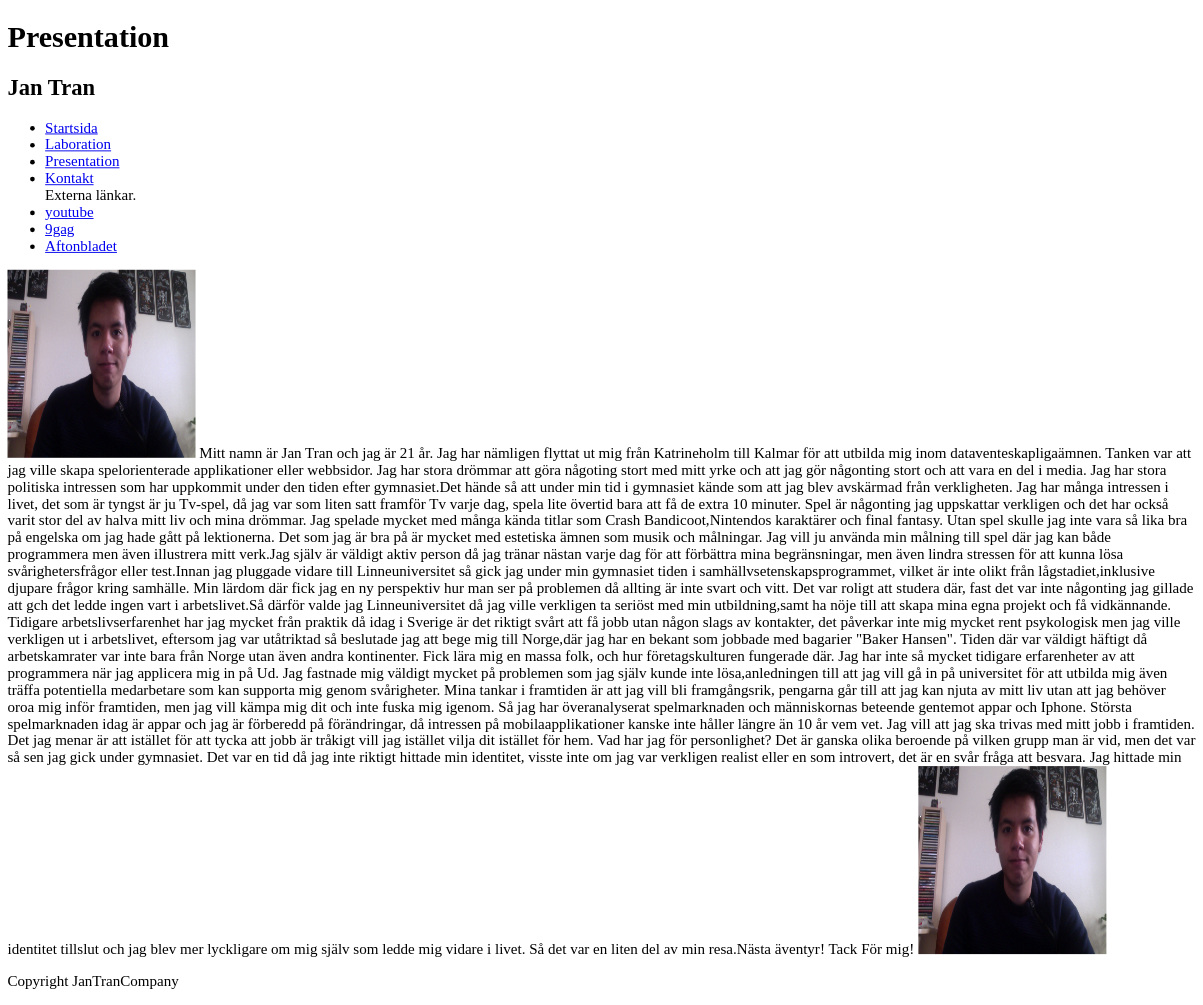
Repository: jt222ic/1ik415-jt222ic-lab-1
Page: pages/presentation.html
The author's editor kept a record of every edit. The page is drawn from the files as they stood at one moment, then again after the next edit.
The browser window is 1280 px wide. The pictures show the whole page, at 94% of full size.

Above is the page before.

### pages/presentation.html
<!DOCTYPE html>
<html lang="sv">

<head>
    <meta charset="utf-8" />
    <title>någonting</title>
    <link rel="stylesheet" href="Csss/style.css" />


</head>

<body>

    <div id="header">
        <h1>Presentation</h1>
        <h2> Jan Tran</h2>
    </div>

    <div id="nav">
        <ul>
            <li><a href="../index.html" class="active"> Startsida</a>
            </li>
            <li><a href="laboration.html" class="active"> Laboration</a>
            </li>
            <li><a href="presentation.html" class="active"> Presentation</a>
            </li>
            <li><a href="kontakt.html" class="active"> Kontakt</a>
            </li>
            Externa länkar.
            <li><a href="https://www.youtube.com">youtube </a>
            </li>
            <li><a href="https://www.9gag.com">9gag</a>
            </li>
            <li><a href="https://www.Aftonbladet.se">Aftonbladet</a>
            </li>
        </ul>
    </div>
    <div id="section">
        <p><img src="jpeg/JanT.jpg" width="200" height="200" alt="bildavJan" />
            Mitt namn är Jan Tran och jag är 21 år. Jag har nämligen flyttat ut mig från Katrineholm till Kalmar för att utbilda mig inom dataventeskapligaämnen. Tanken var att jag ville skapa spelorienterade applikationer eller webbsidor. Jag har stora drömmar att
            göra någoting stort med mitt yrke och att jag gör någonting stort och att vara en del i media. Jag har stora politiska intressen som har uppkommit under den tiden efter gymnasiet.Det hände så att under min tid i gymnasiet kände som att jag
            blev avskärmad från verkligheten. Jag har många intressen i livet, det som är tyngst är ju Tv-spel, då jag var som liten satt framför Tv varje dag, spela lite övertid bara att få de extra 10 minuter. Spel är någonting jag uppskattar verkligen
            och det har också varit stor del av halva mitt liv och mina drömmar. Jag spelade mycket med många kända titlar som Crash Bandicoot,Nintendos karaktärer och final fantasy. Utan spel skulle jag inte vara så lika bra på engelska om jag hade gått
            på lektionerna. Det som jag är bra på är mycket med estetiska ämnen som musik och målningar. Jag vill ju använda min målning till spel där jag kan både programmera men även illustrera mitt verk.Jag själv är väldigt aktiv person då jag tränar
            nästan varje dag för att förbättra mina begränsningar, men även lindra stressen för att kunna lösa svårighetersfrågor eller test.Innan jag pluggade vidare till Linneuniversitet så gick jag under min gymnasiet tiden i samhällvsetenskapsprogrammet,
            vilket är inte olikt från lågstadiet,inklusive djupare frågor kring samhälle. Min lärdom där fick jag en ny perspektiv hur man ser på problemen då allting är inte svart och vitt. Det var roligt att studera där, fast det var inte någonting
            jag gillade att gch det ledde ingen vart i arbetslivet.Så därför valde jag Linneuniversitet då jag ville verkligen ta seriöst med min utbildning,samt ha nöje till att skapa mina egna projekt och få vidkännande.
            <br>Tidigare arbetslivserfarenhet har jag mycket från praktik då idag i Sverige är det riktigt svårt att få jobb utan någon slags av kontakter, det påverkar inte mig mycket rent psykologisk men jag ville verkligen ut i arbetslivet, eftersom jag
            var utåtriktad så beslutade jag att bege mig till Norge,där jag har en bekant som jobbade med bagarier "Baker Hansen". Tiden där var väldigt häftigt då arbetskamrater var inte bara från Norge utan även andra kontinenter. Fick lära mig en massa
            folk, och hur företagskulturen fungerade där. Jag har inte så mycket tidigare erfarenheter av att programmera när jag applicera mig in på Ud. Jag fastnade mig väldigt mycket på problemen som jag själv kunde inte lösa,anledningen till att jag
            vill gå in på universitet för att utbilda mig även träffa potentiella medarbetare som kan supporta mig genom svårigheter. Mina tankar i framtiden är att jag vill bli framgångsrik, pengarna går till att jag kan njuta av mitt liv utan att jag
            behöver oroa mig inför framtiden, men jag vill kämpa mig dit och inte fuska mig igenom. Så jag har överanalyserat spelmarknaden och människornas beteende gentemot appar och Iphone. Största spelmarknaden idag är appar och jag är förberedd på
            förändringar, då intressen på mobilaapplikationer kanske inte håller längre än 10 år vem vet. Jag vill att jag ska trivas med mitt jobb i framtiden. Det jag menar är att istället för att tycka att jobb är tråkigt vill jag istället vilja dit
            istället för hem. Vad har jag för personlighet? Det är ganska olika beroende på vilken grupp man är vid, men det var så sen jag gick under gymnasiet. Det var en tid då jag inte riktigt hittade min identitet, visste inte om jag var verkligen
            realist eller en som introvert, det är en svår fråga att besvara. Jag hittade min identitet tillslut och jag blev mer lyckligare om mig själv som ledde mig vidare i livet.
            Så det var en liten del av min resa.Nästa äventyr! Tack För mig!

                <img src="jpeg/JanT.jpg" width="200" height="200" alt="bildavJan" />

        </p>

    </div>






    <div id="footer">
        <p>Copyright JanTranCompany</p>
    </div>


</body>

</html>

### pages/Csss/style.css
#background{background-image:url(jpeg/China.jpg);
    background-repeat:no-repeat;

}

After the next edit:
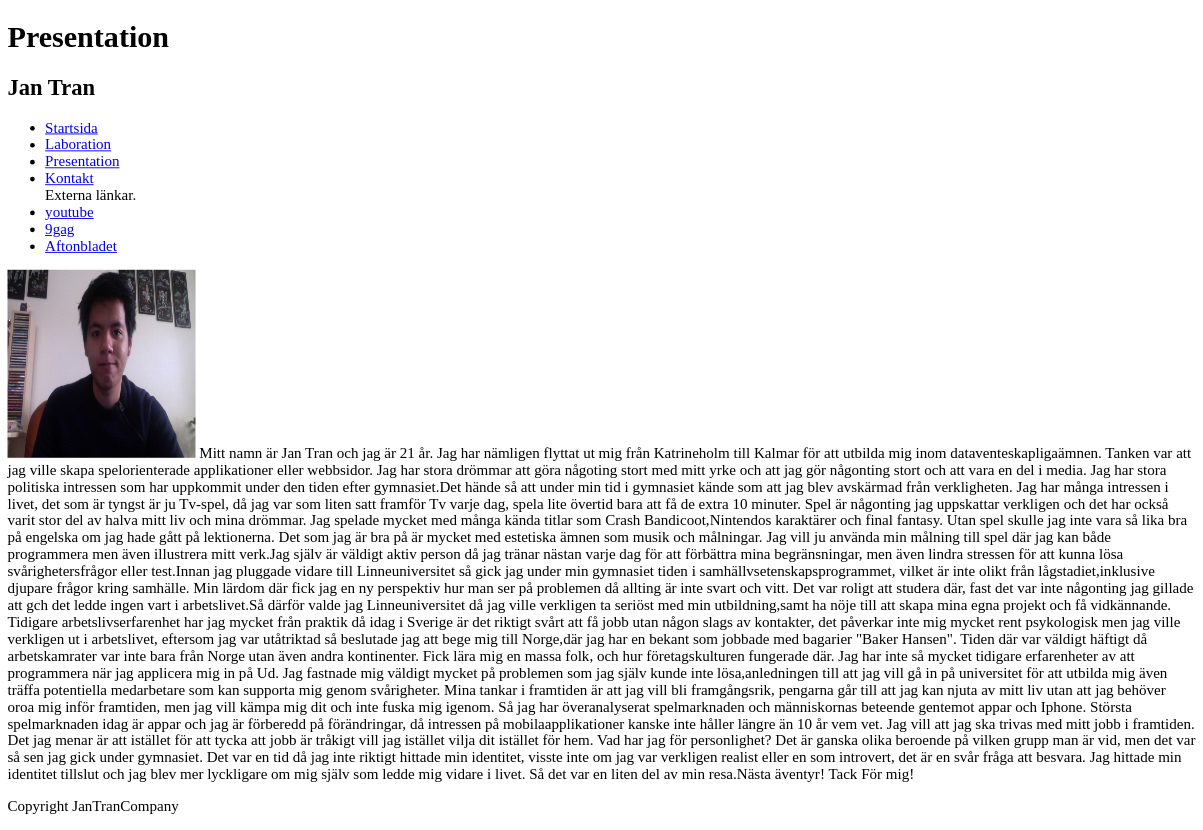
The edit:
--- a/pages/presentation.html
+++ b/pages/presentation.html
@@ -55,7 +55,7 @@
             realist eller en som introvert, det är en svår fråga att besvara. Jag hittade min identitet tillslut och jag blev mer lyckligare om mig själv som ledde mig vidare i livet.
             Så det var en liten del av min resa.Nästa äventyr! Tack För mig!
 
-                <img src="jpeg/JanT.jpg" width="200" height="200" alt="bildavJan" />
+
 
         </p>
 
